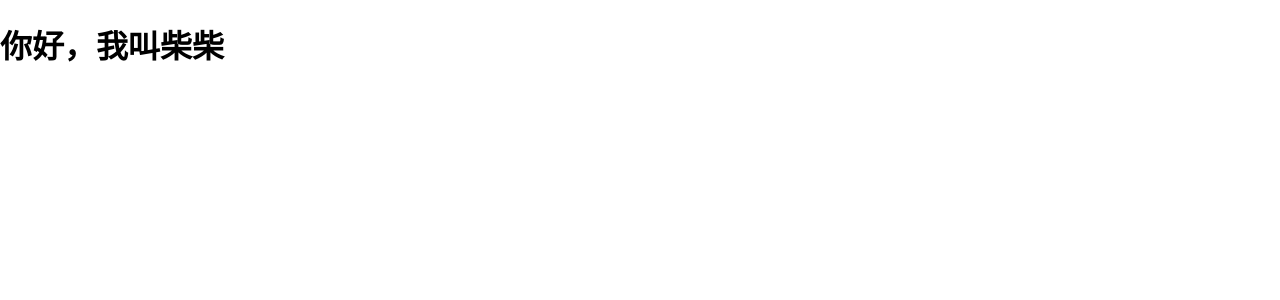
Repository: 11111111-T/React
Page: /
An editor plug-in stored every save of this project. The page is shown before and after the next save, followed by the edit.
The browser window is 1280 px wide. The pictures show the whole page.
The project was rebuilt for these pictures with package versions that can differ from the ones it lists, and the page was loaded fresh each time.

Above is the page before, as saved 2022-09-20 14:39:51.

### src/index.js
// React:框架的核心包
// ReactDOM:专门做渲染相关的包

import React from "react";
import ReactDOM from "react-dom/client";
// 应用的全局样式文件
import "./index.css";
// 引入根组件
import App from "./App";
// import reportWebVitals from './auxiliary/reportWebVitals';

// 渲染根组件APP 到一个id为root的dom节点上
const root = ReactDOM.createRoot(document.getElementById("root"));
root.render(
  //这里的严格模式节点需要去掉
  // 影响到useEffect的执行时机
  // <React.StrictMode>
  //  </React.StrictMode>,
  <App />
);

// reportWebVitals();

### src/App.js
// import logo from './auxiliary/logo.svg';
// import './auxiliary/App.css';
const name = '柴柴'

function App() {
  return (
    <div className="App">
      <h1>你好，我叫{name}</h1>
      {/* <header className="App-header">
        <img src={logo} className="App-logo" alt="logo" />
        <p>
          Edit <code>src/App.js</code> and save to reload.
        </p>
        <a
          className="App-link"
          href="https://reactjs.org"
          target="_blank"
          rel="noopener noreferrer"
        >
          Learn React
        </a>
      </header> */}
    </div>
  );
}

export default App;

Loaded but not shown: public/index.html (common file); src/index.css (common file)

After the next save:
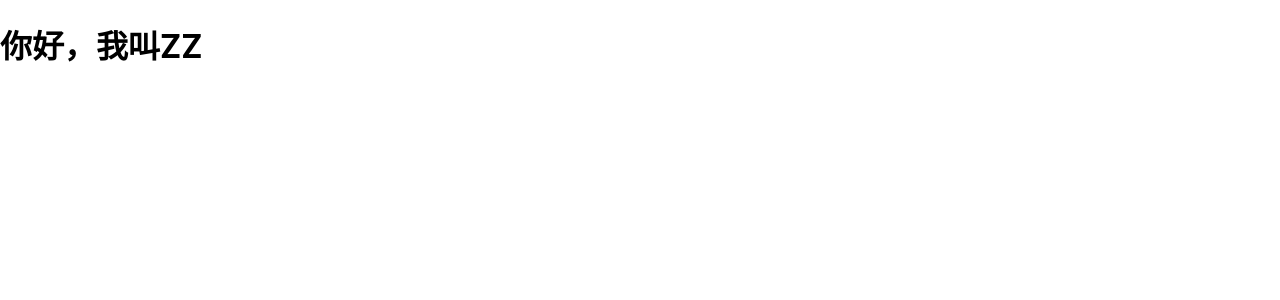
Saved 10 s later.
--- a/src/App.js
+++ b/src/App.js
@@ -1,6 +1,6 @@
 // import logo from './auxiliary/logo.svg';
 // import './auxiliary/App.css';
-const name = '柴柴'
+const name = 'ZZ'
 
 function App() {
   return (
